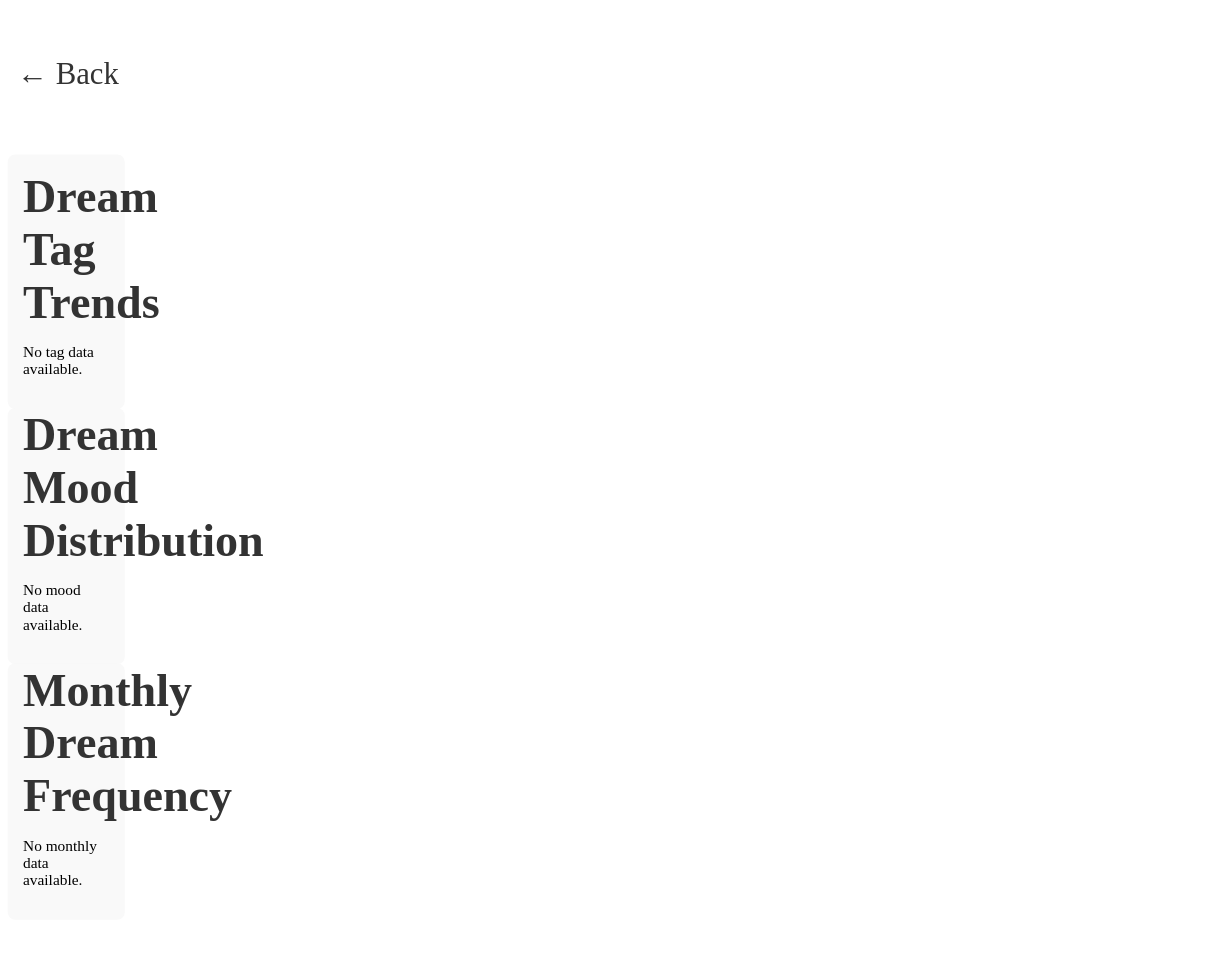
Repository: software-students-spring2025/2-web-app-blabla
Page: templates/analysis.html
An editor plug-in stored every save of this project. The page is shown before and after the next save, followed by the edit.
The browser window is 1280 px wide. The pictures show the whole page, at 96% of full size.
Some web fonts or font styles are not loaded; a fallback is used. The template is drawn by Flask 3. The application's start-up code is not run. Other server files are loaded and not shown. The template is opened directly, without the code that normally fills it, so the values that code supplies are empty.

Above is the page before, as saved 2025-03-02 15:49:12.

### templates/analysis.html
<!DOCTYPE html>
<html>
  <head>
    <title>Analysis Page</title>
    <link rel="stylesheet" href="/static/css/style.css">
    <link
      href="https://fonts.googleapis.com/css2?family=Indie+Flower&display=swap"
      rel="stylesheet"
    />
    <style>
      .analysis-container {
        display: block;
        max-width: 900px;
        padding: 0;
      }

      .back-link {
        display: inline-block;
        margin-bottom: 1rem;
        text-decoration: none;
        font-size: 2rem;
        color: #333;
      }
      .back-link:hover {
        text-decoration: underline;
      }
      .trend-container {
        background: #f9f9f9;
        border-radius: 8px;
        padding: 1rem;
        margin: 1;
        display: block;
        width: 10%;
      }

      .trend-container + .trend-container {
        margin-top: -1px;
        border-top: none;
        padding-top: 0;
      }

      /* Larger font sizes */
      .trend-container h2 {
        margin: 0 0 1rem;
        font-size: 3rem;
        color: #333;
      }

      /* Remove default list styling, bigger font */
      .trend-container ul {
        list-style-type: none;
        padding-left: 0;
      }
      .trend-container li {
        margin-bottom: 0.5rem;
        font-size: 2rem;
      }
    </style>
  </head>
  <body>
    <div class="analysis-container">
      <!-- Back link -->
      <a class="back-link" href="/home">← Back</a>

      <!-- 1) Tag Trends -->
      <div class="trend-container">
        <h2>Dream Tag Trends</h2>
        {% if tag_trends %}
          <ul>
            {% for trend in tag_trends %}
              <li><strong>{{ trend._id }}:</strong> {{ trend.count }} dreams</li>
            {% endfor %}
          </ul>
        {% else %}
          <p>No tag data available.</p>
        {% endif %}
      </div>

      <!-- 2) Mood Distribution -->
      <div class="trend-container">
        <h2>Dream Mood Distribution</h2>
        {% if mood_trends %}
          <ul>
            {% for trend in mood_trends %}
              <li><strong>{{ trend._id }}:</strong> {{ trend.count }} dreams</li>
            {% endfor %}
          </ul>
        {% else %}
          <p>No mood data available.</p>
        {% endif %}
      </div>

      <!-- 3) Monthly Dream Frequency -->
      <div class="trend-container">
        <h2>Monthly Dream Frequency</h2>
        {% if month_trends %}
          <ul>
            {% for trend in month_trends %}
              <li>
                <strong>{{ trend._id.year }}-{{ trend._id.month }}:</strong>
                {{ trend.count }} dreams
              </li>
            {% endfor %}
          </ul>
        {% else %}
          <p>No monthly data available.</p>
        {% endif %}
      </div>
    </div>
  </body>
</html>

### static/css/style.css
@import url("https://fonts.googleapis.com/css2?family=Indie+Flower&display=swap");

body {
    font-family: 'Indie Flower', cursive;
    overflow-y:hidden
}

nav{
    display: flex;
    align-items: center;
    height: 100px;
    padding: 12px;
}

.home-container{
    padding:12px;
}

.search-icon{
    width: 60px;
    height: 60px;
}

.bubble-container {
    position: absolute;
    left: 50%;
    transform: translateX(-50%);
    display: flex;
    justify-content: center;
    align-items: stretch;
    width: 100vw;
    z-index: 2;
}

.bubble-img{
    height:860px;
    width: 1000px;
}

.bear-container{
    display:flex;
    flex-direction: column;
    justify-content: flex-end;
    height:90vh;
}

.dream-button{
    position:absolute;
    width:260px;
    height:198px;
    z-index: 2;
    font-size: 24pt;
    font-family: 'Indie Flower', cursive;
    top:80%;
    left: 50%;
    transform: translateX(-50%);
    fill:none;
    background-color: white;
    border: 12pt solid black;
    border-radius: 5pt;
}

.edit-container {
    display: flex;
    flex-direction: column;
    justify-content: space-between;
    width: 100vw;
    height: 100vh;
}

#tag-container{
    display:flex;
    justify-content: center;
    align-items: center;
    width:100vw;
    gap:50px;
    padding:12px;
    margin-top:80px;
}

.tag{
    width:156px;
    height:67px;
    font-size:24pt;
    background-color: transparent;
    border: 2pt solid black;
    border-radius: 5pt;

}

.back-link{
    font-size: 24pt;
    text-decoration: none;
    padding:50px 10px;
    color:black;
    display: block;
    text-align: left;
}

.input-container{
    display:flex;
    justify-content:center;
    margin-top: 40px;
}

#dream-description {
    width: 80%;
    max-width: 624px;
    height: 400px;
    padding: 10px;
    font-size: 18px;
    box-sizing: border-box;
    border: 2px solid black;
}

.button-container{
    display:flex;
    justify-content:center;
    gap:15px;
    margin-top:40px;
}

.edit-button{
    width: 156px;
    height:67px;
    font-size:24pt;
    background-color: transparent;
    border: 2px solid black;
    border-radius: 5px
}

.bear{
    display:flex;
    flex-direction: column;
    justify-content: flex-end;
    height:auto;
}

.analysis-container {
    display: flex;
    flex-direction: column;
    justify-content: space-between;
    width: 100vw;
    height: 100vh;
}

#dream-search{
    width:624px;
    height: 42px;
    font-size:24pt;
}

.login-container {
    display: flex;
    flex-direction: column;
    justify-content: center;
    align-items: center;
    width: 100vw;
    height: 100vh;
}

.input-container {
    display: flex;
    flex-direction: column;
    align-items: flex-start;
    margin-bottom: 15px;
}

.input-container label {
    font-size: 18px;
    margin-bottom: 5px;
}

.input-container input {
    width: 260px;
    height: 30px;
    font-size: 16px;
    border: 1px solid black;
    padding: 5px;
}

.button-container {
    margin-top: 20px;
}

.login-button {
    width: 260px;
    height: 40px;
    font-size: 18px;
    background-color: #D9D9D9;
    border: 2px solid black;
    border-radius: 5px;
    cursor: pointer;
}

.signup-text {
    font-size: 14px;
    margin-top: 15px;
}

.signup-link {
    font-size: 18px;
    font-weight: bold;
    text-decoration: none;
    color: black;
}

.login-image {
    width: 125px;
    height: 125px;
}

.signup-container {
    display: flex;
    flex-direction: column;
    justify-content: center;
    align-items: center;
    width: 100vw;
    height: 100vh;
}

.signup-button {
    width: 260px;
    height: 40px;
    font-size: 18px;
    background-color: #D9D9D9;
    border: 2px solid black;
    border-radius: 5px;
    cursor: pointer;
}

.signup-image {
    width: 125px;
    height: 125px;
}

.adddream-container {
    display: flex;
    flex-direction: column;
    justify-content: flex-start;
    align-items: center;
    width: 100vw;
    height: 100vh;
    padding: 20px;
}

.bear-header {
    margin-top: 60px;
    margin-bottom: 20px;
}
.bear-image {
    width: 150px;
    height: auto;
}

.date-container {
    margin-bottom: 20px;
    text-align: left;
    width: 80%;
    max-width: 624px;
}
.date-label {
    display: block;
    font-size: 16px;
    margin-bottom: 8px;
}
.date-inputs {
    display: flex;
    gap: 10px;
}
.date-inputs input {
    width: 90px;
    border: 1px solid black;
    padding: 5px;
    font-size: 16px;
    text-align: center;
}

.tags-container {
    margin-bottom: 20px;
    width: 80%;
    max-width: 624px;
}
.tags-container p {
    font-size: 16px;
    margin-bottom: 10px;
}
.tag {
    background-color: transparent;
    border: 2px solid black;
    border-radius: 5px;
    font-size: 18px;
    margin: 5px;
    padding: 5px 10px;
    cursor: pointer;
}

.description-container {
    width: 80%;
    max-width: 624px;
    margin-bottom: 20px;
}
.description-container label {
    display: block;
    font-size: 16px;
    margin-bottom: 8px;
}
#dream-description {
    width: 100%;
    height: 150px;
    border: 2px solid black;
    font-size: 16px;
    padding: 10px;
    box-sizing: border-box;
}

.save-dream-button {
    width: 220px;
    height: 40px;
    font-size: 18px;
    background-color: #D9D9D9;
    border: 2px solid black;
    border-radius: 5px;
    cursor: pointer;
}

.flash-message {
    font-weight: bold;
    margin: 10px 0;
  }

  .flash-message.error {
    color: red;
  }

  .flash-message.success {
    color: green;
  }
  /* Star Cloud Container */
  #star-container {
    position: absolute;
    top: 0;
    left: 0;
    width: 100%;
    height: 500px; /* 根据需要调整高度 */
    background: transparent;
    z-index: 3; /* 确保高于背景但低于其他关键元素 */
  }


  /* Star Button Style */
  .star {
    width: 50px;
    height: 50px;
    background: url("/static/images/star.svg") no-repeat center;
    background-size: contain;
    position: absolute;
    cursor: pointer;
  }

  /* Tooltip on hover for star button */
  .star:hover::after {
    content: attr(title);
    position: absolute;
    bottom: -25px;
    left: 0;
    background: rgba(255, 255, 255, 0.8);
    color: #000;
    padding: 3px 5px;
    border-radius: 3px;
    white-space: nowrap;
    z-index: 999;
  }

#search-box{
    width:300px;
    height:50px;
    font-size: 16pt;
    padding-left: 20px;
    display: none;
}

.analysis-button {
    font-family: 'Indie Flower', cursive;
    padding: 10px 20px;
    font-size: 24px;
    border: none;
    border-radius: 5px;
    cursor: pointer;
  }

.center-button-container {
    position: absolute;
    left: 50%;
    transform: translate(-50%, -50%);
}

After the next save:
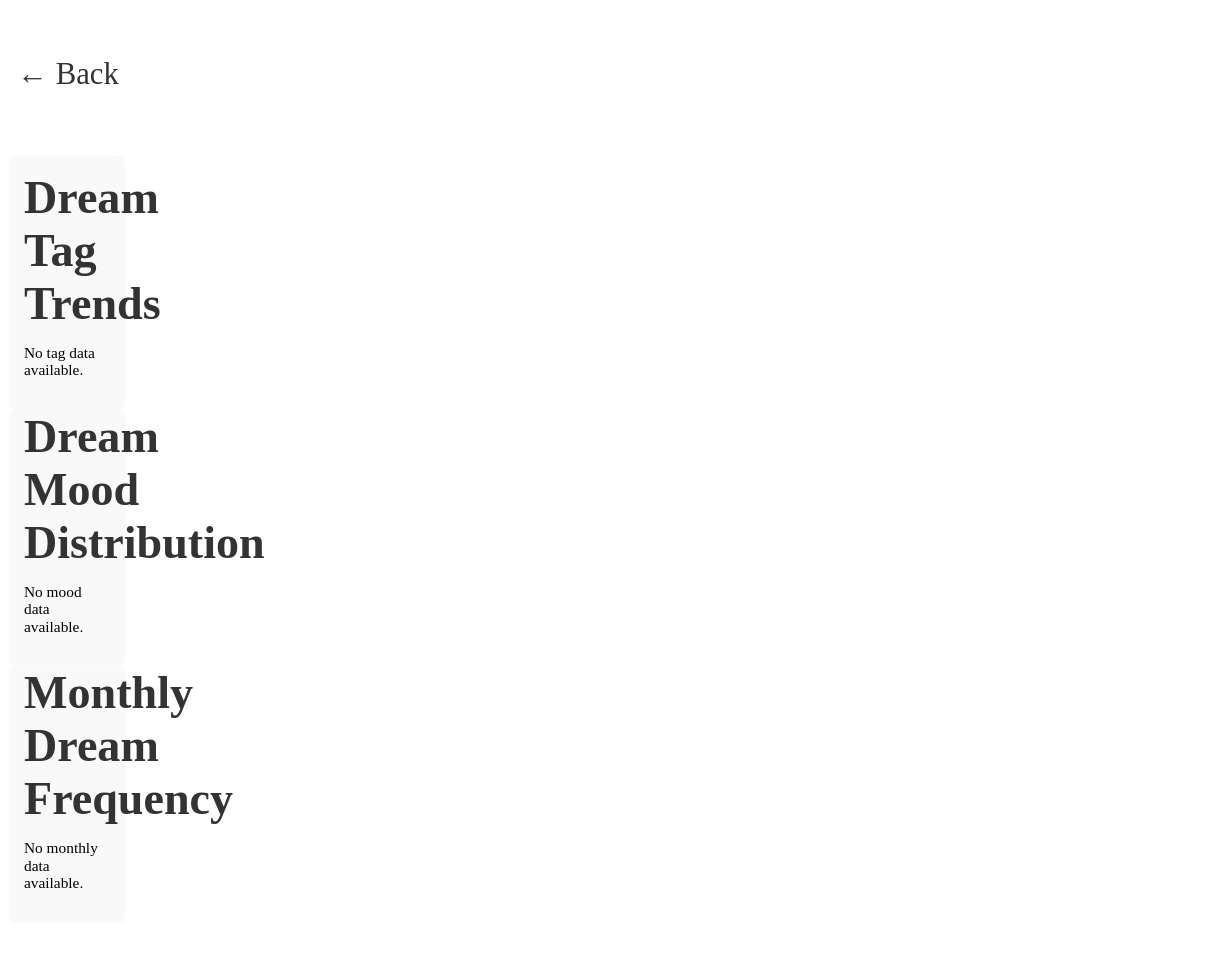
Saved 6 s later.
--- a/templates/analysis.html
+++ b/templates/analysis.html
@@ -28,7 +28,7 @@
         background: #f9f9f9;
         border-radius: 8px;
         padding: 1rem;
-        margin: 1;
+        margin: 1px;
         display: block;
         width: 10%;
       }

After the save that followed:
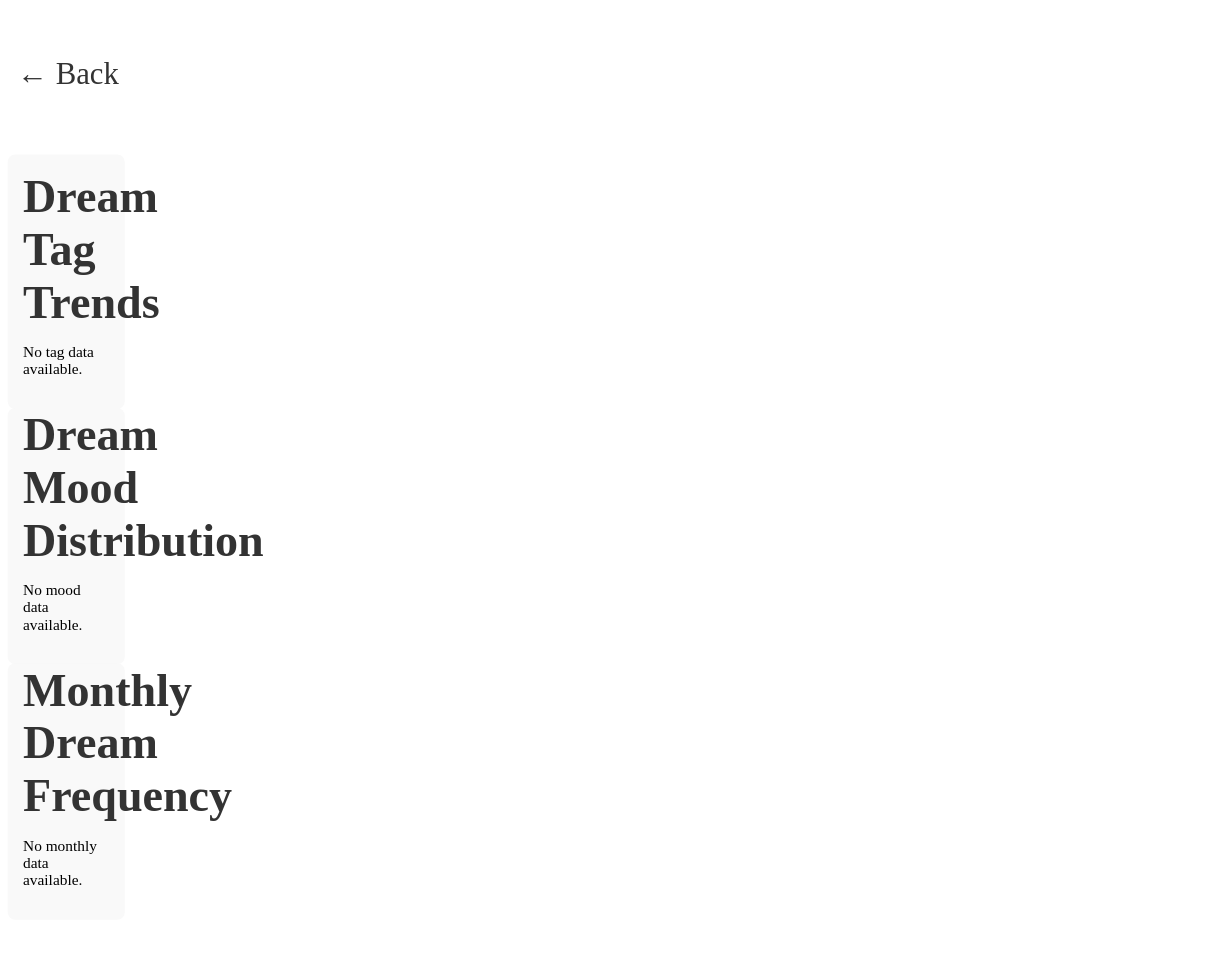
Saved 7 s later.
--- a/templates/analysis.html
+++ b/templates/analysis.html
@@ -28,7 +28,7 @@
         background: #f9f9f9;
         border-radius: 8px;
         padding: 1rem;
-        margin: 1px;
+        margin: 0;
         display: block;
         width: 10%;
       }
